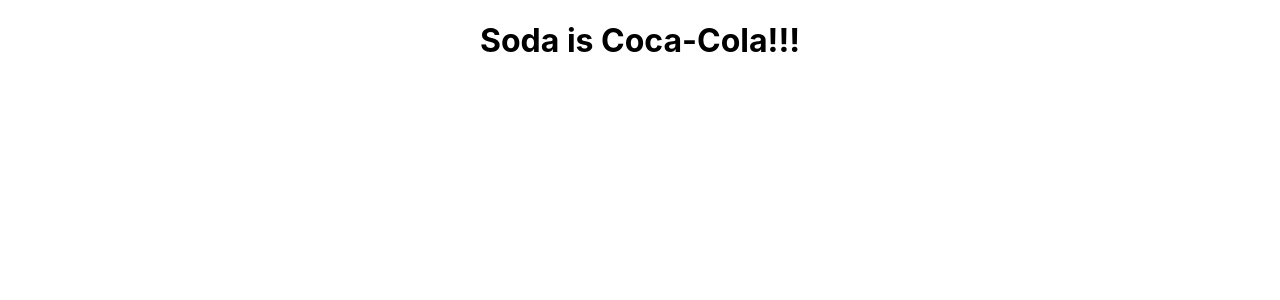
Repository: zhapar/vending-machine
Page: /soda
The author's editor kept a copy of each file at every save. The page is drawn from the files as they stood at one save, then again after the next save.
The browser window is 1280 px wide. The pictures show the whole page.
The project was rebuilt for these pictures with package versions that can differ from the ones it lists, and the page was loaded fresh each time. Also part of the build but not shown: src/VendingMachine.js, src/Chips.js, src/Sardines.js.

Above is the page before, as saved 2020-09-01 18:30:17.

### src/App.js
import React from "react";
import { Switch, Route } from "react-router-dom";
import VendingMachine from "./VendingMachine";
import Chips from "./Chips";
import Sardines from "./Sardines";
import Soda from "./Soda";
import "./App.css";

function App() {
  return (
    <div className="App">
      <Switch>
        <Route exact path="/" render={() => <VendingMachine />} />
        <Route exact path="/chips" render={() => <Chips />} />
        <Route exact path="/sardines" render={() => <Sardines />} />
        <Route exact path="/soda" render={() => <Soda />} />
      </Switch>
    </div>
  );
}

export default App;

### src/Soda.js
import React, { Component } from "react";

class Soda extends Component {
  render() {
    return (
      <div className="Soda">
        <h1>Soda is Coca-Cola!!!</h1>
      </div>
    );
  }
}

export default Soda;

Loaded but not shown: public/index.html (common file); src/index.js (common file); src/index.css (common file); src/serviceWorker.js (common file); src/App.css (common file)

After the next save:
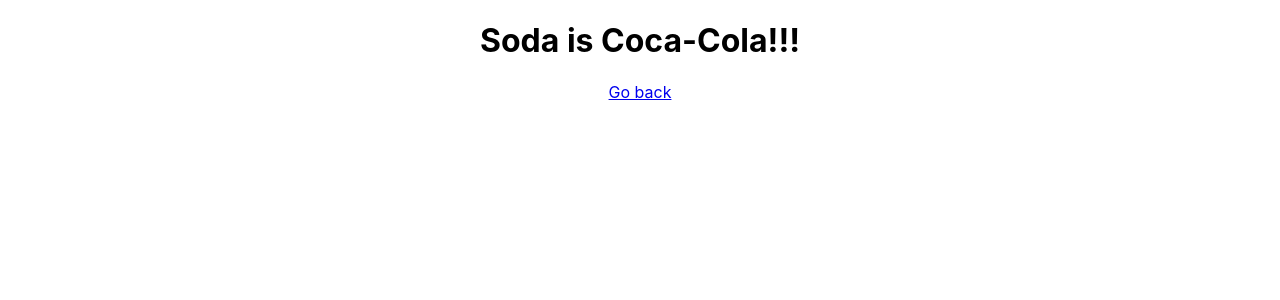
Saved 47 s later.
--- a/src/Soda.js
+++ b/src/Soda.js
@@ -1,10 +1,12 @@
 import React, { Component } from "react";
+import { Link } from "react-router-dom";
 
 class Soda extends Component {
   render() {
     return (
       <div className="Soda">
         <h1>Soda is Coca-Cola!!!</h1>
+        <Link to="/">Go back</Link>
       </div>
     );
   }
